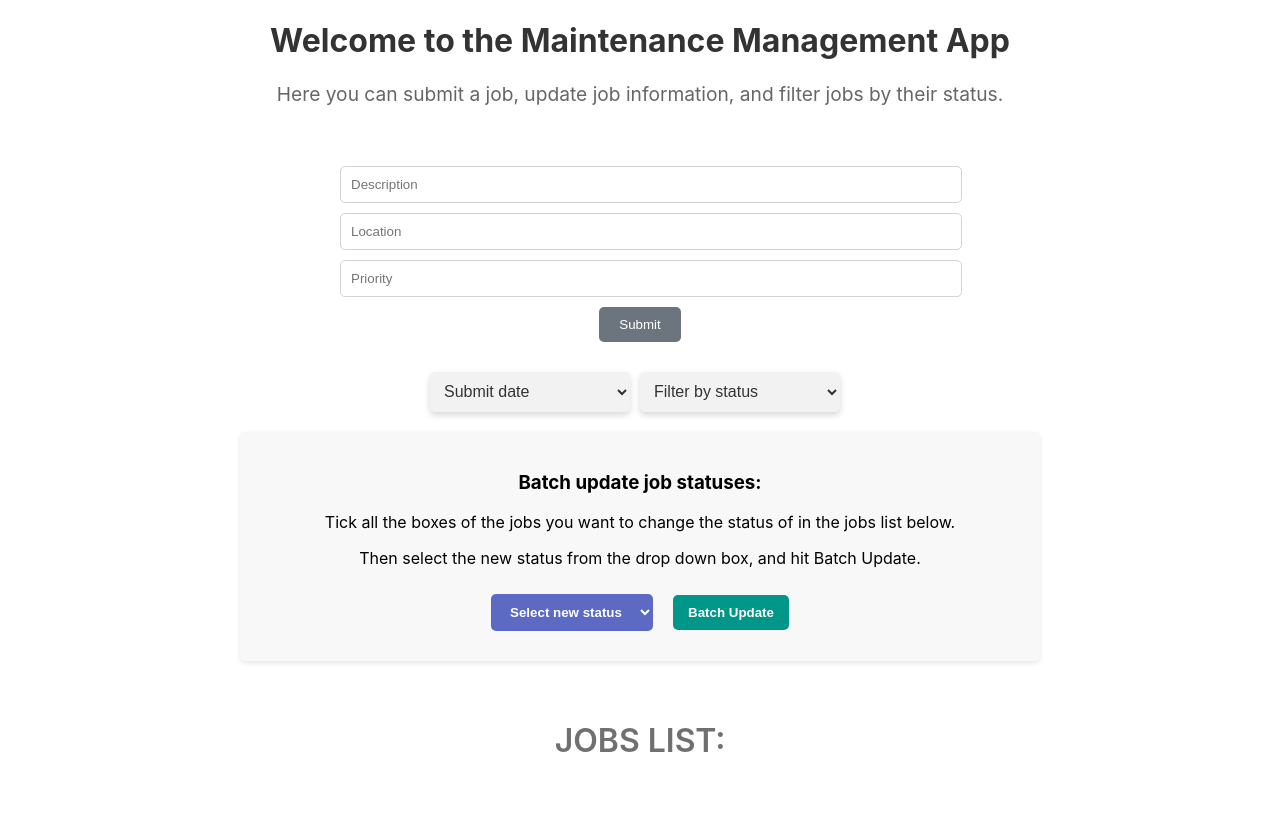
Repository: mikasteyn999/Maintenance-Manager-App
Page: / (app in frontend/)
An editor plug-in stored every save of this project. The page is shown before and after the next save, followed by the edit.
The browser window is 1280 px wide. The pictures show the whole page.
The page's requests for data from a server got no answer. The project was rebuilt for these pictures with package versions that can differ from the ones it lists, and the page was loaded fresh each time. No one was signed in, and anything a server would have sent is missing. Also part of the build but not shown: frontend/src/style/Job.css, frontend/src/components/Job.js, frontend/src/style/JobUpdateForm.css, frontend/src/components/JobUpdateForm.js.

Above is the page before, as saved 2023-06-05 17:03:33.

After the next save:
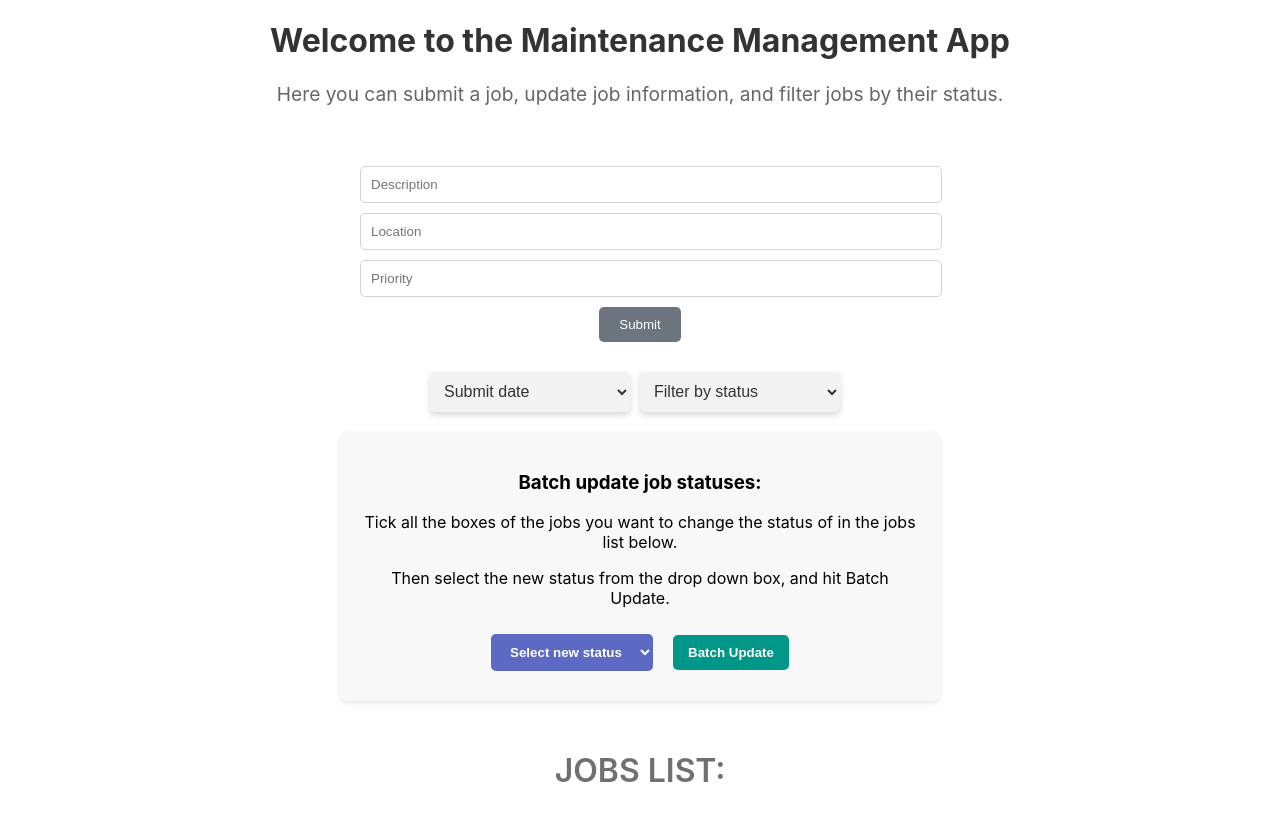
Saved 4 s later.
--- a/frontend/src/style/App.css
+++ b/frontend/src/style/App.css
@@ -26,7 +26,7 @@
 
 /* style the jobs list container */
 .app .jobs-list {
-  max-width: 800px;  /* limit the width */
+  max-width: 600px;  /* limit the width */
   margin: 0 auto;   /* center the jobs list */
   padding: 20px;    /* add some padding */
 }
